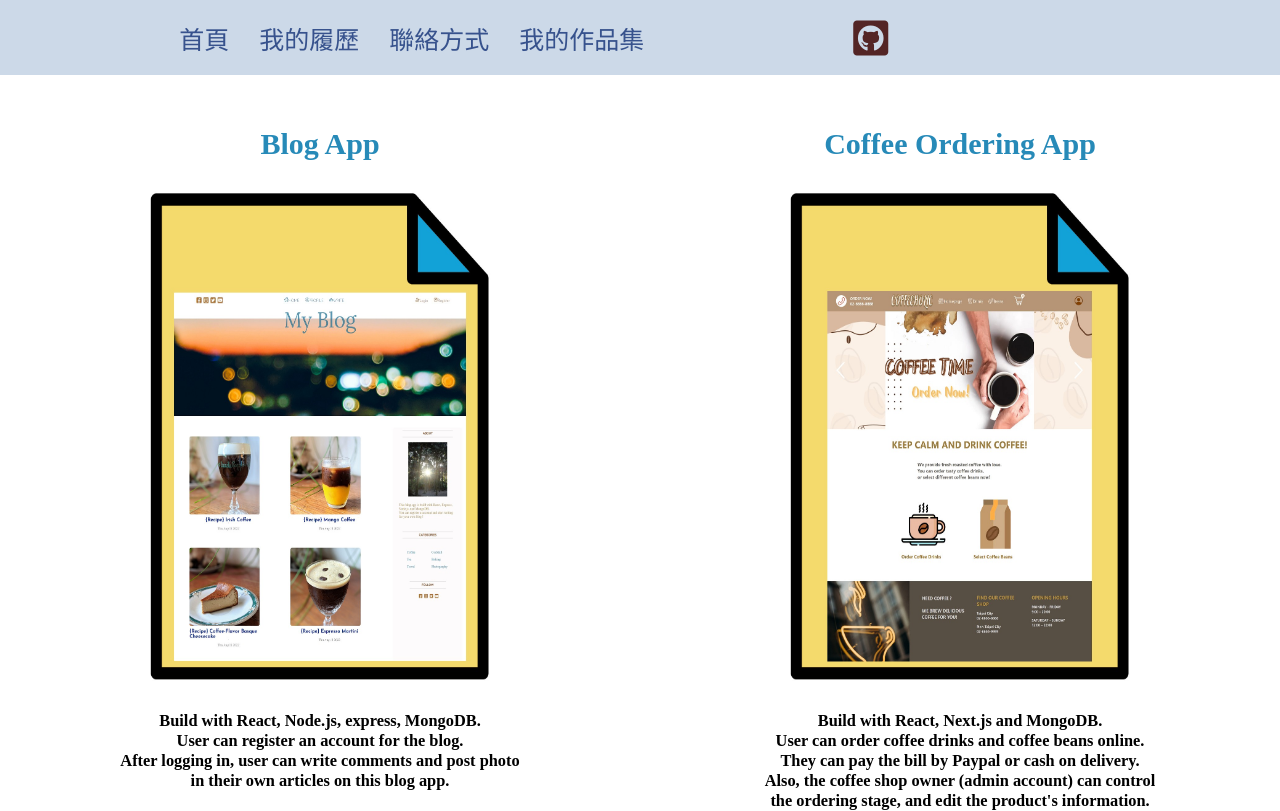
Repository: lcjyc/portfolio-website
Page: /portfolio
An editor plug-in stored every save of this project. The page is shown before and after the next save, followed by the edit.
The browser window is 1280 px wide. The pictures show the whole page.
The project was rebuilt for these pictures with package versions that can differ from the ones it lists, and the page was loaded fresh each time. Also part of the build but not shown: src/pages/home/home.css, src/pages/home/Home.jsx, src/pages/resume/resume.css, src/pages/resume/Resume.jsx, src/pages/contact/contact.css, src/pages/contact/Contact.jsx.

Above is the page before, as saved 2022-08-21 12:59:29.

### public/index.html
<!DOCTYPE html>
<html lang="zh-tw">
  <head>
    <meta charset="utf-8" />
    <meta name="viewport" content="width=device-width, initial-scale=1" />
    <meta name="theme-color" content="#000000" />
    <meta
      name="description"
      content="Web site created using create-react-app"
    />
    <link
      href="https://fonts.googleapis.com/css2?family=Josefin+Sans:wght@100;200;300;400;500;600;700&family=Lora:ital@0;1&family=Varela&family=Varela+Round&display=swap"
      rel="stylesheet"
    />
    <link
      rel="stylesheet"
      href="https://cdnjs.cloudflare.com/ajax/libs/font-awesome/5.15.3/css/all.min.css"
      integrity="sha512-iBBXm8fW90+nuLcSKlbmrPcLa0OT92xO1BIsZ+ywDWZCvqsWgccV3gFoRBv0z+8dLJgyAHIhR35VZc2oM/gI1w=="
      crossorigin="anonymous"
    />
    <style>
      * {
        margin: 0;
      }
    </style>
    <style>
      .link {
        text-decoration: none;
        color: inherit;
      }
    </style>
    <title>Lesley Chen|Portfolio</title>
  </head>

  <body>
    <noscript>You need to enable JavaScript to run this app.</noscript>
    <div id="root"></div>
  </body>
</html>

### src/App.js
import TopBar from "./components/topbar/TopBar";
import Home from "./pages/home/Home";
import Resume from "./pages/resume/Resume";
import Contact from "./pages/contact/Contact";
import Portfolio from "./pages/portfolio/Portfolio";

import { BrowserRouter as Router, Routes, Route } from "react-router-dom";

function App() {
  return (
    <Router>
      <TopBar />
      <Routes>
        <Route path="/" element={<Home />} />
        <Route path="/resume" element={<Resume />} />
        <Route path="/contact" element={<Contact />} />
        <Route path="/portfolio" element={<Portfolio />} />
      </Routes>
    </Router>
  );
}

export default App;

### src/components/topbar/TopBar.jsx
import { Link } from "react-router-dom";
import "./topbar.css";

export default function TopBar() {
  return (
    <div className="top">
      <div className="topLeft">
        <ul className="topList">
          <li className="topListItem">
            <Link className="link" to="/">
              首頁
            </Link>
          </li>
          <li className="topListItem">
            <Link className="link" to="/resume">
              我的履歷
            </Link>
          </li>
          <li className="topListItem">
            <Link className="link" to="/contact">
              聯絡方式
            </Link>
          </li>
          <li className="topListItem">
            <Link className="link" to="/portfolio">
              我的作品集
            </Link>
          </li>
        </ul>
      </div>
      <div className="topRight">
        <a href="https://github.com/lcjyc/">
          <i className="topIcon fab fa-github-square"></i>
        </a>
      </div>
    </div>
  );
}

### src/pages/portfolio/Portfolio.jsx
import "./portfolio.css";
import blog from "../../images/blog.jpg";
import coffeeorder from "../../images/coffeeorder.jpg";

const portfolio = () => {
  return (
    <div className="portfolio">
      <div className="left">
        <a
          href="https://lesleyblog.herokuapp.com/"
          target="_blank"
          rel="noopener noreferrer"
          className="link"
        >
          <h1 className="app">Blog App</h1>
        </a>
        <img src={blog} alt="" className="img" />
        <div className="desc">
          <h3>
            Build with React, Node.js, express, MongoDB.
            <br />
            User can register an account for the blog.
            <br />
            After logging in, user can write comments and post photo in their
            own articles on this blog app.
            <br />
          </h3>
        </div>
      </div>
      <div className="right">
        <a
          href="https://coffee-ordering.vercel.app/"
          target="_blank"
          rel="noopener noreferrer"
          className="link"
        >
          <h1 className="app">Coffee Ordering App</h1>
        </a>
        <img src={coffeeorder} alt="" className="img" />
        <div className="desc">
          <h3>
            Build with React, Next.js and MongoDB.
            <br />
            User can order coffee drinks and coffee beans online.
            <br />
            They can pay the bill by Paypal or cash on delivery.
            <br />
            Also, the coffee shop owner (admin account) can control the ordering
            stage, and edit the product's information.
          </h3>
        </div>
      </div>
    </div>
  );
};

export default portfolio;

### src/components/topbar/topbar.css
.top {
  width: 100%;
  height: 6vh;
  background-color: rgb(154, 179, 210, 0.5);
  position: sticky;
  top: 0;
  padding: 1rem 0rem;
  display: flex;
  align-items: center;
  z-index: 999;
}

.topLeft {
  flex: 6;
  display: flex;
  align-items: center;
  justify-content: center;
}

.topRight {
  flex: 3;
  display: flex;
}

.topIcon {
  font-size: 40px;
  margin-right: 10px;
  color: rgb(83, 37, 37);
  cursor: pointer;
}

.topImg {
  width: 40px;
  height: 40px;
  border-radius: 50%;
  object-fit: cover;
  cursor: pointer;
}

.topList {
  display: flex;
  justify-content: center;
  margin: 0;
  padding: 0;
  list-style: none;
}

.topListItem {
  margin-right: 30px;
  font-size: 25px;
  color: rgb(55, 82, 141);
  cursor: pointer;
}

.topListItem :hover {
  color: white;
}

### src/pages/portfolio/portfolio.css
.portfolio {
  display: flex;
  height: 87vh;
  width: 100%;
  padding-top: 3vh;
}

.left,
.right {
  flex: 1;
  padding: 30px;
  display: block;
  text-align: center;
  width: 600px;
}

.link {
  text-decoration: none;
  cursor: pointer;
}

.app {
  color: rgb(39, 138, 184);
  font-size: 30px;
}

.img {
  height: 550px;
  width: 350px;
  display: block;
  margin: auto;
}

.desc {
  width: 400px;
  text-align: center;
  display: block;
  margin: auto;
  font-size: 14px;
}

Loaded but not shown: src/index.js (common file)

After the next save:
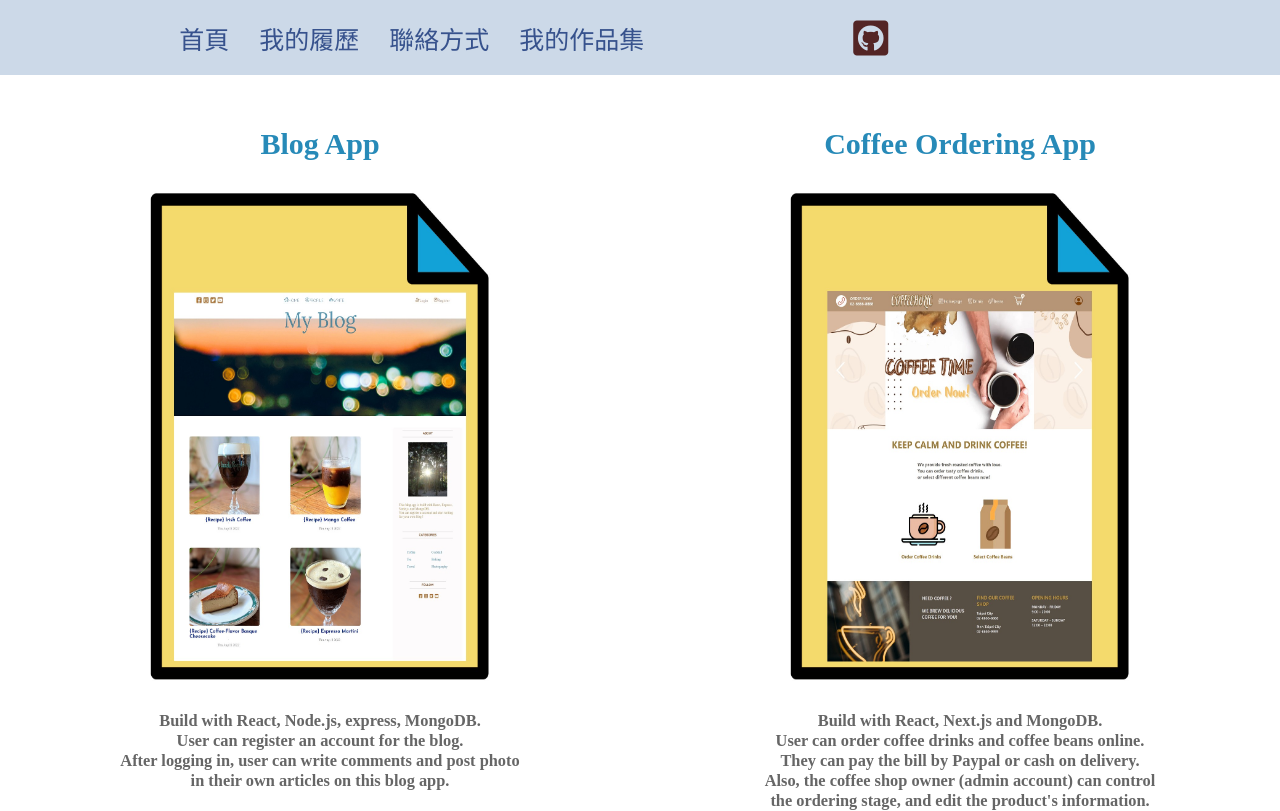
Saved 32 s later.
--- a/src/pages/portfolio/portfolio.css
+++ b/src/pages/portfolio/portfolio.css
@@ -37,4 +37,5 @@
   display: block;
   margin: auto;
   font-size: 14px;
+  color: #666;
 }
